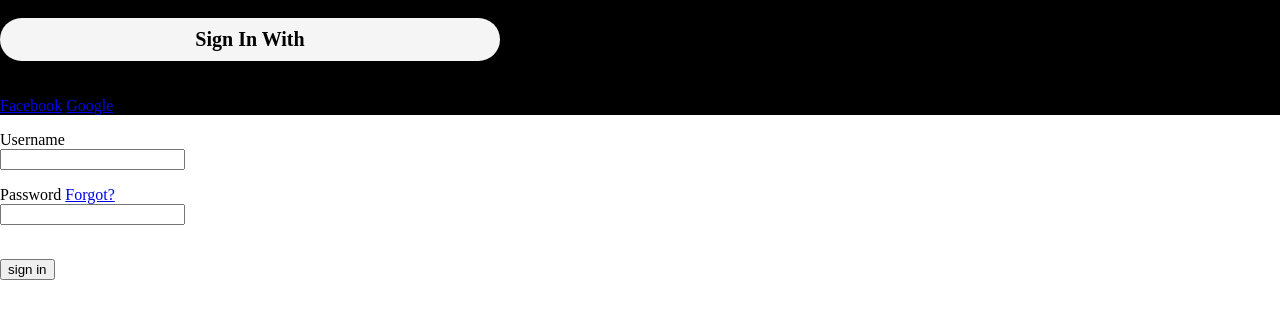
Repository: Tobby004/bdc-assignment-2
Page: index.html
The author's editor kept a copy of each file at every save. The page is drawn from the files as they stood at one save, then again after the next save.
The browser window is 1280 px wide. The pictures show the whole page.

Above is the page before, as saved 2023-02-11 03:35:31.

After the next save:
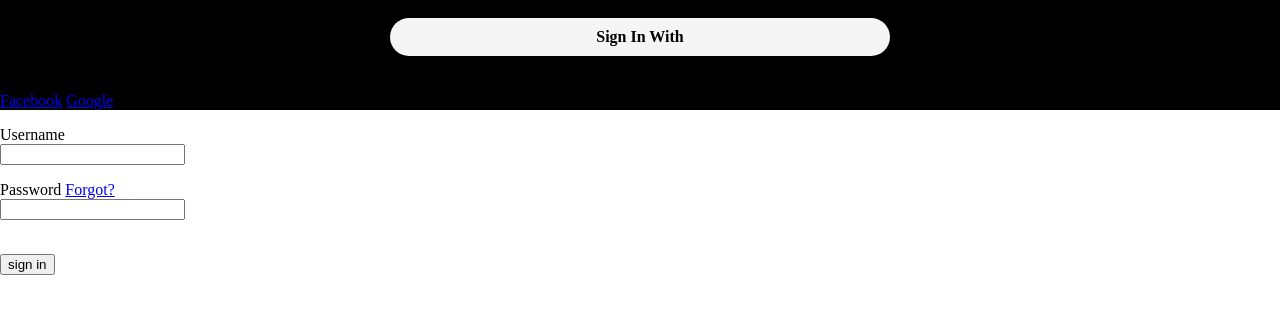
Saved 25 s later.
--- a/task.css
+++ b/task.css
@@ -6,8 +6,9 @@ header b {
     display: flex;
     padding: 10px;
     border-radius: 40px;
+    margin-right: auto;
+    margin-left: auto;
     max-width: 500px;
-    font-size: 20px;
     justify-content: center;
 }
 body {
